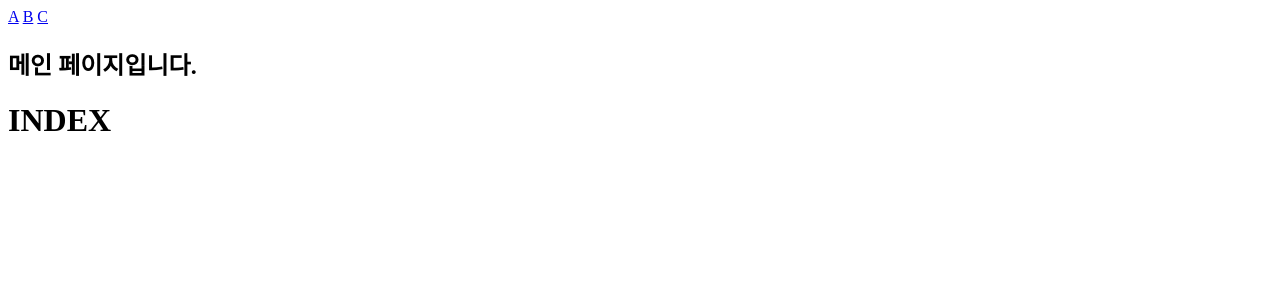
Repository: blueochild/jsp-study
Page: http://localhost/test/
An editor plug-in stored every save of this project. The page is shown before and after the next save, followed by the edit.
The browser window is 1280 px wide. The pictures show the whole page.
The page is served by Tomcat 9.

Above is the page before, as saved 2020-12-07 04:38:24.

After the next save:
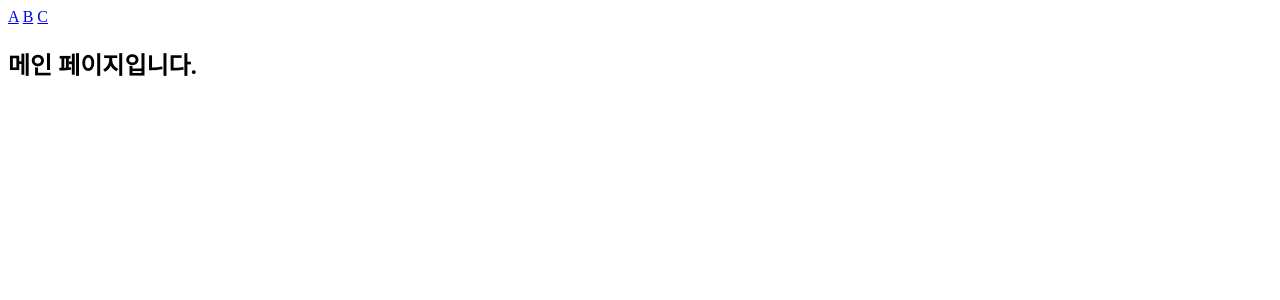
Saved 11 s later.
--- a/Test_Education_JSP/test/WebContent/index.jsp
+++ b/Test_Education_JSP/test/WebContent/index.jsp
@@ -28,6 +28,5 @@
 				%><h2>메인 페이지입니다.</h2><%
 		}
 	%>
-	<h1>INDEX</h1>
 </body>
 </html>
